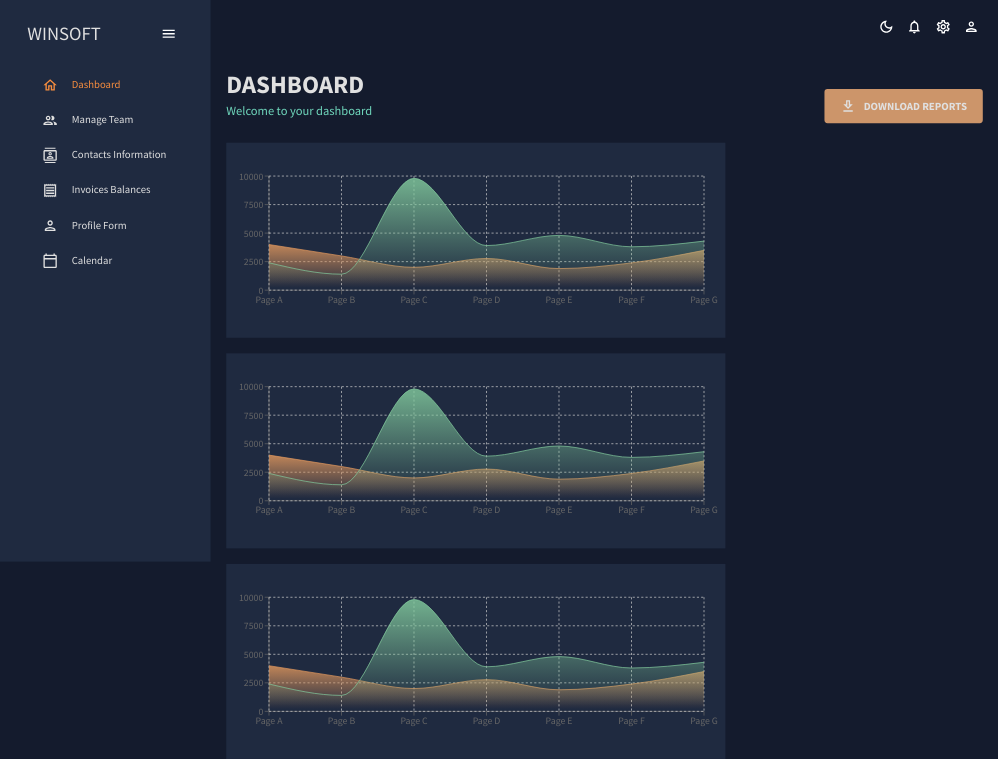
Repository: thamaraiselvan315731/winssoft
Page: /
These files come from the project's save history. The page is drawn as it stood at one moment and after the next save; the edit follows.
The browser window is 1280 px wide. The pictures show the whole page, at 78% of full size.
The project was rebuilt for these pictures with package versions that can differ from the ones it lists, and the page was loaded fresh each time. Also part of the build but not shown: src/pages/team/index.jsx, src/pages/invoices/index.jsx, src/pages/contacts/index.jsx, src/pages/form/index.jsx, src/data/mockGeoFeatures.js, src/components/GeographyChart.jsx, src/components/BarChart.jsx, src/components/ProgressCircle.jsx and 3 more.

Above is the page before, as saved 2022-12-01 11:07:56.

### src/App.js
import { useState } from "react";
import { Routes, Route } from "react-router-dom";
import Topbar from "./pages/global/Topbar";
import Sidebar from "./pages/global/Sidebar";
import Team from "./pages/team";
import Invoices from "./pages/invoices";
import Contacts from "./pages/contacts";
import Form from "./pages/form";
// import Bar from "./pages/bar";
// import Line from "./pages/line";
// import Pie from "./pages/pie";
// import Geography from "./pages/geography";
import Dashboard from "./pages/dashboard";
import FAQ from "./pages/faq";
import { CssBaseline, ThemeProvider } from "@mui/material";
import { ColorModeContext, useMode } from "./theme";
import Calendar from "./pages/calendar/calendar";

function App() {
  const [theme, colorMode] = useMode();
  const [isSidebar, setIsSidebar] = useState(true);

  return (
    <ColorModeContext.Provider value={colorMode}>
      <ThemeProvider theme={theme}>
        <CssBaseline />
        <div className="app">
          <Sidebar isSidebar={isSidebar} />
          <main className="content">
            <Topbar setIsSidebar={setIsSidebar} />
            <Routes>
              <Route path="/" element={<Dashboard />} />
              <Route path="/team" element={<Team />} />
              <Route path="/contacts" element={<Contacts />} />
              <Route path="/invoices" element={<Invoices />} />
              <Route path="/form" element={<Form />} />
              {/* <Route path="/bar" element={<Bar />} />
              <Route path="/pie" element={<Pie />} />
              <Route path="/line" element={<Line />} /> */}
              <Route path="/faq" element={<FAQ />} />
              <Route path="/calendar" element={<Calendar />} />
              {/* <Route path="/geography" element={<Geography />} /> */}
            </Routes>
          </main>
        </div>
      </ThemeProvider>
    </ColorModeContext.Provider>
  );
}

export default App;

### src/pages/global/Topbar.jsx
import { Box, IconButton, useTheme } from "@mui/material";
import { useContext } from "react";
import { ColorModeContext, tokens } from "../../theme";
import InputBase from "@mui/material/InputBase";
import LightModeOutlinedIcon from "@mui/icons-material/LightModeOutlined";
import DarkModeOutlinedIcon from "@mui/icons-material/DarkModeOutlined";
import NotificationsOutlinedIcon from "@mui/icons-material/NotificationsOutlined";
import SettingsOutlinedIcon from "@mui/icons-material/SettingsOutlined";
import PersonOutlinedIcon from "@mui/icons-material/PersonOutlined";
import SearchIcon from "@mui/icons-material/Search";

const Topbar = () => {
  const theme = useTheme();
  const colors = tokens(theme.palette.mode);
  const colorMode = useContext(ColorModeContext);

  return (
    <Box display="flex" justifyContent="flex-end" p={2}>
      {/* SEARCH BAR */}
      {/* <Box
        display="flex"
        backgroundColor={colors.primary[400]}
        borderRadius="3px"
      >
        <InputBase sx={{ ml: 2, flex: 1 }} placeholder="Search" />
        <IconButton type="button" sx={{ p: 1 }}>
          <SearchIcon />
        </IconButton>
      </Box> */}

      {/* ICONS */}
      <Box display="flex">
        <IconButton onClick={colorMode.toggleColorMode}>
          {theme.palette.mode === "dark" ? (
            <DarkModeOutlinedIcon />
          ) : (
            <LightModeOutlinedIcon />
          )}
        </IconButton>
        <IconButton>
          <NotificationsOutlinedIcon />
        </IconButton>
        <IconButton>
          <SettingsOutlinedIcon />
        </IconButton>
        <IconButton>
          <PersonOutlinedIcon />
        </IconButton>
      </Box>
    </Box>
  );
};

export default Topbar;

### src/pages/global/Sidebar.jsx
import { useState } from "react";
import { ProSidebar, Menu, MenuItem } from "react-pro-sidebar";
import { Box, IconButton, Typography, useTheme } from "@mui/material";
import { Link } from "react-router-dom";
import "react-pro-sidebar/dist/css/styles.css";
import { tokens } from "../../theme";
import HomeOutlinedIcon from "@mui/icons-material/HomeOutlined";
import PeopleOutlinedIcon from "@mui/icons-material/PeopleOutlined";
import ContactsOutlinedIcon from "@mui/icons-material/ContactsOutlined";
import ReceiptOutlinedIcon from "@mui/icons-material/ReceiptOutlined";
import PersonOutlinedIcon from "@mui/icons-material/PersonOutlined";
import CalendarTodayOutlinedIcon from "@mui/icons-material/CalendarTodayOutlined";// eslint-disable-next-line
import HelpOutlineOutlinedIcon from "@mui/icons-material/HelpOutlineOutlined";// eslint-disable-next-line
import BarChartOutlinedIcon from "@mui/icons-material/BarChartOutlined";// eslint-disable-next-line
import PieChartOutlineOutlinedIcon from "@mui/icons-material/PieChartOutlineOutlined";// eslint-disable-next-line
import TimelineOutlinedIcon from "@mui/icons-material/TimelineOutlined";// eslint-disable-next-line
import MenuOutlinedIcon from "@mui/icons-material/MenuOutlined";// eslint-disable-next-line
import MapOutlinedIcon from "@mui/icons-material/MapOutlined";// eslint-disable-next-line

const Item = ({ title, to, icon, selected, setSelected }) => {
  const theme = useTheme();
  const colors = tokens(theme.palette.mode);
  return (
    <MenuItem
      active={selected === title}
      style={{
        color: colors.grey[100],
      }}
      onClick={() => setSelected(title)}
      icon={icon}
    >
      <Typography>{title}</Typography>
      <Link to={to} />
    </MenuItem>
  );
};

const Sidebar = () => {
  const theme = useTheme();
  const colors = tokens(theme.palette.mode);
  const [isCollapsed, setIsCollapsed] = useState(false);
  const [selected, setSelected] = useState("Dashboard");

  return (
    <Box
      sx={{
        "& .pro-sidebar-inner": {
          background: `${colors.primary[400]} !important`,
        },
        "& .pro-icon-wrapper": {
          backgroundColor: "transparent !important",
        },
        "& .pro-inner-item": {
          padding: "5px 35px 5px 20px !important",
        },
        "& .pro-inner-item:hover": {
          color: "#f78d3e !important",
        },
        "& .pro-menu-item.active": {
          color: "#f78d3e !important",
        },
      }}
    >
      <ProSidebar collapsed={isCollapsed}>
        <Menu iconShape="square">
          {/* LOGO AND MENU ICON */}
          <MenuItem
            onClick={() => setIsCollapsed(!isCollapsed)}
            icon={isCollapsed ? <MenuOutlinedIcon /> : undefined}
            style={{
              margin: "10px 0 20px 0",
              color: colors.grey[100],
            }}
          >
            {!isCollapsed && (
              <Box
                display="flex"
                justifyContent="space-between"
                alignItems="center"
                ml="15px"
              >
                <Typography variant="h3" color={colors.grey[100]}>
                  WINSOFT
                </Typography>
                <IconButton onClick={() => setIsCollapsed(!isCollapsed)}>
                  <MenuOutlinedIcon />
                </IconButton>
              </Box>
            )}
          </MenuItem>

          {/* {!isCollapsed && (
            <Box mb="25px">
              <Box display="flex" justifyContent="center" alignItems="center">
                <img
                  alt="profile-user"
                  width="100px"
                  height="100px"
                  src={`../../assets/user.png`}
                  style={{ cursor: "pointer", borderRadius: "50%" }}
                />
              </Box>
              <Box textAlign="center">
                <Typography
                  variant="h2"
                  color={colors.grey[100]}
                  fontWeight="bold"
                  sx={{ m: "10px 0 0 0" }}
                >
                  Ed Roh
                </Typography>
                <Typography variant="h5" color={colors.greenAccent[500]}>
                  VP Fancy Admin
                </Typography>
              </Box>
            </Box>
          )} */}

          <Box paddingLeft={isCollapsed ? undefined : "10%"}>
            <Item
              title="Dashboard"
              to="/"
              icon={<HomeOutlinedIcon />}
              selected={selected}
              setSelected={setSelected}
            />

            {/* <Typography
              variant="h6"
              color={colors.grey[300]}
              sx={{ m: "15px 0 5px 20px" }}
            >
              Data
            </Typography> */}
            <Item
              title="Manage Team"
              to="/team"
              icon={<PeopleOutlinedIcon />}
              selected={selected}
              setSelected={setSelected}
            />
            <Item
              title="Contacts Information"
              to="/contacts"
              icon={<ContactsOutlinedIcon />}
              selected={selected}
              setSelected={setSelected}
            />
            <Item
              title="Invoices Balances"
              to="/invoices"
              icon={<ReceiptOutlinedIcon />}
              selected={selected}
              setSelected={setSelected}
            />

            {/* <Typography
              variant="h6"
              color={colors.grey[300]}
              sx={{ m: "15px 0 5px 20px" }}
            >
              Pages
            </Typography> */}
            <Item
              title="Profile Form"
              to="/form"
              icon={<PersonOutlinedIcon />}
              selected={selected}
              setSelected={setSelected}
            />
            <Item
              title="Calendar"
              to="/calendar"
              icon={<CalendarTodayOutlinedIcon />}
              selected={selected}
              setSelected={setSelected}
            />
            {/* <Item
              title="FAQ Page"
              to="/faq"
              icon={<HelpOutlineOutlinedIcon />}
              selected={selected}
              setSelected={setSelected}
            /> */}

            {/* <Typography
              variant="h6"
              color={colors.grey[300]}
              sx={{ m: "15px 0 5px 20px" }}
            >
              Charts
            </Typography>
            <Item
              title="Bar Chart"
              to="/bar"
              icon={<BarChartOutlinedIcon />}
              selected={selected}
              setSelected={setSelected}
            />
            <Item
              title="Pie Chart"
              to="/pie"
              icon={<PieChartOutlineOutlinedIcon />}
              selected={selected}
              setSelected={setSelected}
            />
            <Item
              title="Line Chart"
              to="/line"
              icon={<TimelineOutlinedIcon />}
              selected={selected}
              setSelected={setSelected}
            />
            <Item
              title="Geography Chart"
              to="/geography"
              icon={<MapOutlinedIcon />}
              selected={selected}
              setSelected={setSelected}
            /> */}
          </Box>
        </Menu>
      </ProSidebar>
    </Box>
  );
};

export default Sidebar;

### src/pages/dashboard/index.jsx
import { Box, Button, IconButton, Typography, useTheme } from "@mui/material";
import { tokens } from "../../theme";
import { mockTransactions } from "../../data/mockData";
import DownloadOutlinedIcon from "@mui/icons-material/DownloadOutlined";
import { AreaCharts } from "../../Charts/AreaChart"
import EmailIcon from "@mui/icons-material/Email";
import PointOfSaleIcon from "@mui/icons-material/PointOfSale";
import PersonAddIcon from "@mui/icons-material/PersonAdd";
import TrafficIcon from "@mui/icons-material/Traffic";
import Header from "../../components/Header";
import LineChart from "../../components/LineChart";
import GeographyChart from "../../components/GeographyChart";
import BarChart from "../../components/BarChart";
import StatBox from "../../components/StatBox";
import ProgressCircle from "../../components/ProgressCircle";

const Dashboard = () => {
  const theme = useTheme();
  const colors = tokens(theme.palette.mode);

  return (

    <Box m="20px">
      {/* HEADER */}
      <Box display="flex" justifyContent="space-between" alignItems="center">
        <Header title="DASHBOARD" subtitle="Welcome to your dashboard" />

        <Box>
          <Button
            sx={{
              backgroundColor: colors.blueAccent[700],
              color: colors.grey[100],
              fontSize: "14px",
              fontWeight: "bold",
              padding: "10px 20px",
            }}
          >
            <DownloadOutlinedIcon sx={{ mr: "10px" }} />
            Download Reports
          </Button>
        </Box>
      </Box>

      {/* GRID & CHARTS */}
      <Box
        display="grid"
        gridTemplateColumns="repeat(12, 1fr)"
        gridAutoRows="250px"
        gap="20px"
      >
        {/* ROW 1 */}
        <Box
          gridColumn="span 8"
          backgroundColor={colors.primary[400]}
          display="flex"
          alignItems="center"
          justifyContent="center"
        >
          <AreaCharts />
          {/* <StatBox
            title="12,361"
            subtitle="Emails Sent"
            progress="0.75"
            increase="+14%"
            icon={
              <EmailIcon
                sx={{ color: colors.greenAccent[600], fontSize: "26px" }}
              />
            }
          /> */}
        </Box>
        <Box
          gridColumn="span 8"
          backgroundColor={colors.primary[400]}
          display="flex"
          alignItems="center"
          justifyContent="center"
        >
          <AreaCharts />
          {/* <StatBox
            title="12,361"
            subtitle="Emails Sent"
            progress="0.75"
            increase="+14%"
            icon={
              <EmailIcon
                sx={{ color: colors.greenAccent[600], fontSize: "26px" }}
              />
            }
          /> */}
        </Box>
        <Box
          gridColumn="span 8"
          backgroundColor={colors.primary[400]}
          display="flex"
          alignItems="center"
          justifyContent="center"
        >
          <AreaCharts />
          {/* <StatBox
            title="12,361"
            subtitle="Emails Sent"
            progress="0.75"
            increase="+14%"
            icon={
              <EmailIcon
                sx={{ color: colors.greenAccent[600], fontSize: "26px" }}
              />
            }
          /> */}
        </Box>
        {/* <Box
          gridColumn="span 3"
          backgroundColor={colors.primary[400]}
          display="flex"
          alignItems="center"
          justifyContent="center"
        >
          <StatBox
            title="431,225"
            subtitle="Sales Obtained"
            progress="0.50"
            increase="+21%"
            icon={
              <PointOfSaleIcon
                sx={{ color: colors.greenAccent[600], fontSize: "26px" }}
              />
            }
          />
        </Box>
        <Box
          gridColumn="span 3"
          backgroundColor={colors.primary[400]}
          display="flex"
          alignItems="center"
          justifyContent="center"
        >
          <StatBox
            title="32,441"
            subtitle="New Clients"
            progress="0.30"
            increase="+5%"
            icon={
              <PersonAddIcon
                sx={{ color: colors.greenAccent[600], fontSize: "26px" }}
              />
            }
          />
        </Box>
        <Box
          gridColumn="span 3"
          backgroundColor={colors.primary[400]}
          display="flex"
          alignItems="center"
          justifyContent="center"
        >
          <StatBox
            title="1,325,134"
            subtitle="Traffic Received"
            progress="0.80"
            increase="+43%"
            icon={
              <TrafficIcon
                sx={{ color: colors.greenAccent[600], fontSize: "26px" }}
              />
            }
          />
        </Box> */}

        {/* ROW 2 */}
        {/* <Box
          gridColumn="span 8"
          gridRow="span 2"
          backgroundColor={colors.primary[400]}
        >
          <Box
            mt="25px"
            p="0 30px"
            display="flex "
            justifyContent="space-between"
            alignItems="center"
          >
            <Box>
              <Typography
                variant="h5"
                fontWeight="600"
                color={colors.grey[100]}
              >
                Revenue Generated
              </Typography>
              <Typography
                variant="h3"
                fontWeight="bold"
                color={colors.greenAccent[500]}
              >
                $59,342.32
              </Typography>
            </Box>
            <Box>
              <IconButton>
                <DownloadOutlinedIcon
                  sx={{ fontSize: "26px", color: colors.greenAccent[500] }}
                />
              </IconButton>
            </Box>
          </Box>
          <Box height="250px" m="-20px 0 0 0">
            <LineChart isDashboard={true} />
          </Box>
        </Box>
        <Box
          gridColumn="span 4"
          gridRow="span 2"
          backgroundColor={colors.primary[400]}
          overflow="auto"
        >
          <Box
            display="flex"
            justifyContent="space-between"
            alignItems="center"
            borderBottom={`4px solid ${colors.primary[500]}`}
            colors={colors.grey[100]}
            p="15px"
          >
            <Typography color={colors.grey[100]} variant="h5" fontWeight="600">
              Recent Transactions
            </Typography>
          </Box>
          {mockTransactions.map((transaction, i) => (
            <Box
              key={`${transaction.txId}-${i}`}
              display="flex"
              justifyContent="space-between"
              alignItems="center"
              borderBottom={`4px solid ${colors.primary[500]}`}
              p="15px"
            >
              <Box>
                <Typography
                  color={colors.greenAccent[500]}
                  variant="h5"
                  fontWeight="600"
                >
                  {transaction.txId}
                </Typography>
                <Typography color={colors.grey[100]}>
                  {transaction.user}
                </Typography>
              </Box>
              <Box color={colors.grey[100]}>{transaction.date}</Box>
              <Box
                backgroundColor={colors.greenAccent[500]}
                p="5px 10px"
                borderRadius="4px"
              >
                ${transaction.cost}
              </Box>
            </Box>
          ))}
        </Box> */}

        {/* ROW 3 */}
        {/* <Box
          gridColumn="span 4"
          gridRow="span 2"
          backgroundColor={colors.primary[400]}
          p="30px"
        >
          <Typography variant="h5" fontWeight="600">
            Campaign
          </Typography>
          <Box
            display="flex"
            flexDirection="column"
            alignItems="center"
            mt="25px"
          >
            <ProgressCircle size="125" />
            <Typography
              variant="h5"
              color={colors.greenAccent[500]}
              sx={{ mt: "15px" }}
            >
              $48,352 revenue generated
            </Typography>
            <Typography>Includes extra misc expenditures and costs</Typography>
          </Box>
        </Box>
        <Box
          gridColumn="span 4"
          gridRow="span 2"
          backgroundColor={colors.primary[400]}
        >
          <Typography
            variant="h5"
            fontWeight="600"
            sx={{ padding: "30px 30px 0 30px" }}
          >
            Sales Quantity
          </Typography>
          <Box height="250px" mt="-20px">
            <BarChart isDashboard={true} />
          </Box>
        </Box>
        <Box
          gridColumn="span 4"
          gridRow="span 2"
          backgroundColor={colors.primary[400]}
          padding="30px"
        >
          <Typography
            variant="h5"
            fontWeight="600"
            sx={{ marginBottom: "15px" }}
          >
            Geography Based Traffic
          </Typography>
          <Box height="200px">
            <GeographyChart isDashboard={true} />
          </Box>
        </Box> */}
      </Box>
    </Box>
  );
};

export default Dashboard;

### src/components/LineChart.jsx
import { ResponsiveLine } from "@nivo/line";
import { useTheme } from "@mui/material";
import { tokens } from "../theme";
import { mockLineData as data } from "../data/mockData";

const LineChart = ({ isCustomLineColors = false, isDashboard = false }) => {
  const theme = useTheme();
  const colors = tokens(theme.palette.mode);

  return (
    <ResponsiveLine
      data={data}
      theme={{
        axis: {
          domain: {
            line: {
              stroke: colors.grey[100],
            },
          },
          legend: {
            text: {
              fill: colors.grey[100],
            },
          },
          ticks: {
            line: {
              stroke: colors.grey[100],
              strokeWidth: 1,
            },
            text: {
              fill: colors.grey[100],
            },
          },
        },
        legends: {
          text: {
            fill: colors.grey[100],
          },
        },
        tooltip: {
          container: {
            color: colors.primary[500],
          },
        },
      }}
      colors={isDashboard ? { datum: "color" } : { scheme: "nivo" }} // added
      margin={{ top: 50, right: 110, bottom: 50, left: 60 }}
      xScale={{ type: "point" }}
      yScale={{
        type: "linear",
        min: "auto",
        max: "auto",
        stacked: true,
        reverse: false,
      }}
      yFormat=" >-.2f"
      curve="catmullRom"
      axisTop={null}
      axisRight={null}
      axisBottom={{
        orient: "bottom",
        tickSize: 0,
        tickPadding: 5,
        tickRotation: 0,
        legend: isDashboard ? undefined : "transportation", // added
        legendOffset: 36,
        legendPosition: "middle",
      }}
      axisLeft={{
        orient: "left",
        tickValues: 5, // added
        tickSize: 3,
        tickPadding: 5,
        tickRotation: 0,
        legend: isDashboard ? undefined : "count", // added
        legendOffset: -40,
        legendPosition: "middle",
      }}
      enableGridX={false}
      enableGridY={false}
      pointSize={8}
      pointColor={{ theme: "background" }}
      pointBorderWidth={2}
      pointBorderColor={{ from: "serieColor" }}
      pointLabelYOffset={-12}
      useMesh={true}
      legends={[
        {
          anchor: "bottom-right",
          direction: "column",
          justify: false,
          translateX: 100,
          translateY: 0,
          itemsSpacing: 0,
          itemDirection: "left-to-right",
          itemWidth: 80,
          itemHeight: 20,
          itemOpacity: 0.75,
          symbolSize: 12,
          symbolShape: "circle",
          symbolBorderColor: "rgba(0, 0, 0, .5)",
          effects: [
            {
              on: "hover",
              style: {
                itemBackground: "rgba(0, 0, 0, .03)",
                itemOpacity: 1,
              },
            },
          ],
        },
      ]}
    />
  );
};

export default LineChart;

Loaded but not shown: public/index.html (common file); src/index.js (common file); src/index.css (common file); src/components/Header.jsx (common file); src/data/mockData.js (1283 lines, source omitted); src/theme.js (214 lines, source omitted); src/Charts/AreaChart.js (76 lines, source omitted)

After the next save:
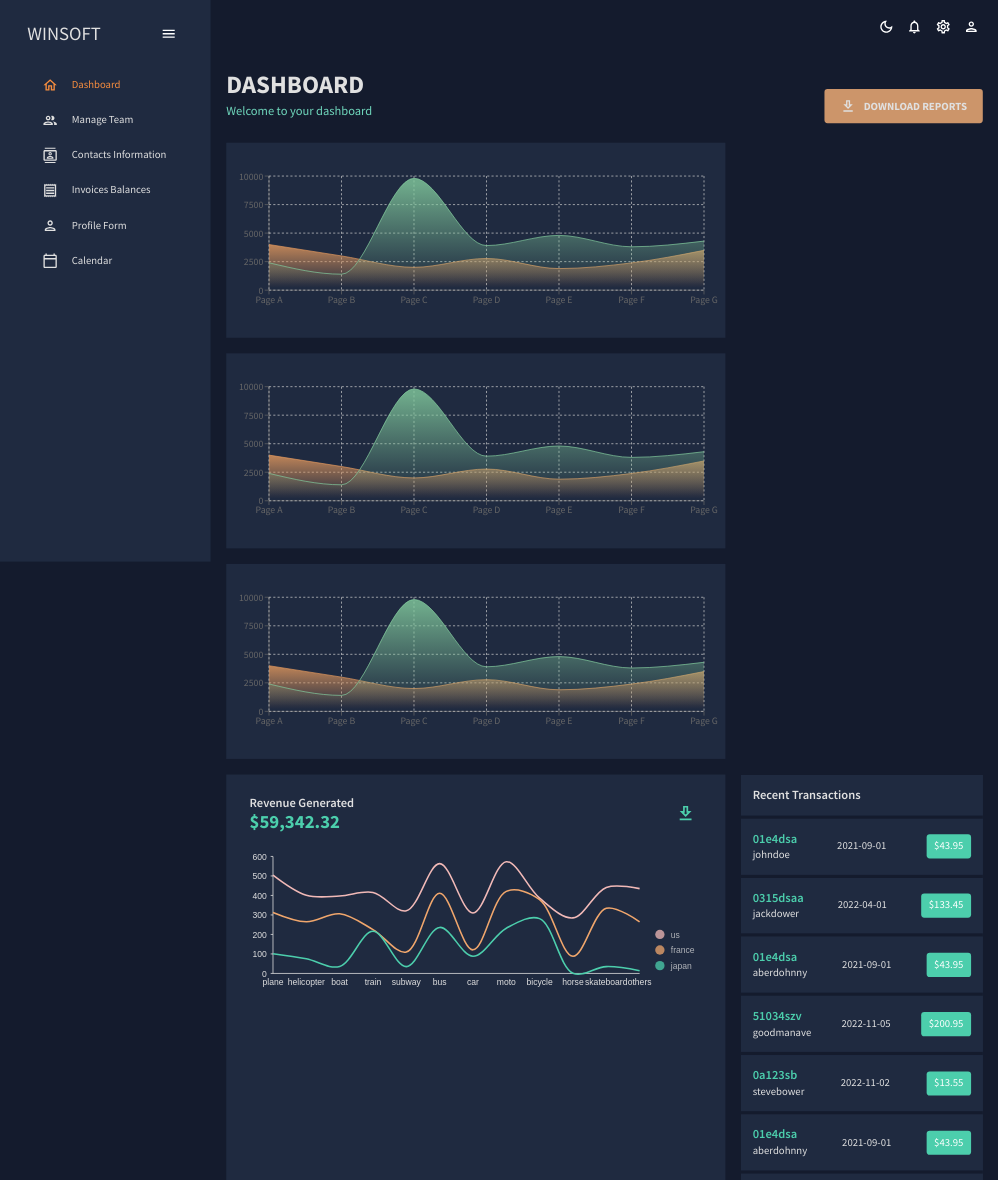
Saved 41 s later.
--- a/src/pages/dashboard/index.jsx
+++ b/src/pages/dashboard/index.jsx
@@ -168,7 +168,7 @@ const Dashboard = () => {
         </Box> */}
 
         {/* ROW 2 */}
-        {/* <Box
+        <Box
           gridColumn="span 8"
           gridRow="span 2"
           backgroundColor={colors.primary[400]}
@@ -257,7 +257,7 @@ const Dashboard = () => {
               </Box>
             </Box>
           ))}
-        </Box> */}
+        </Box>
 
         {/* ROW 3 */}
         {/* <Box
